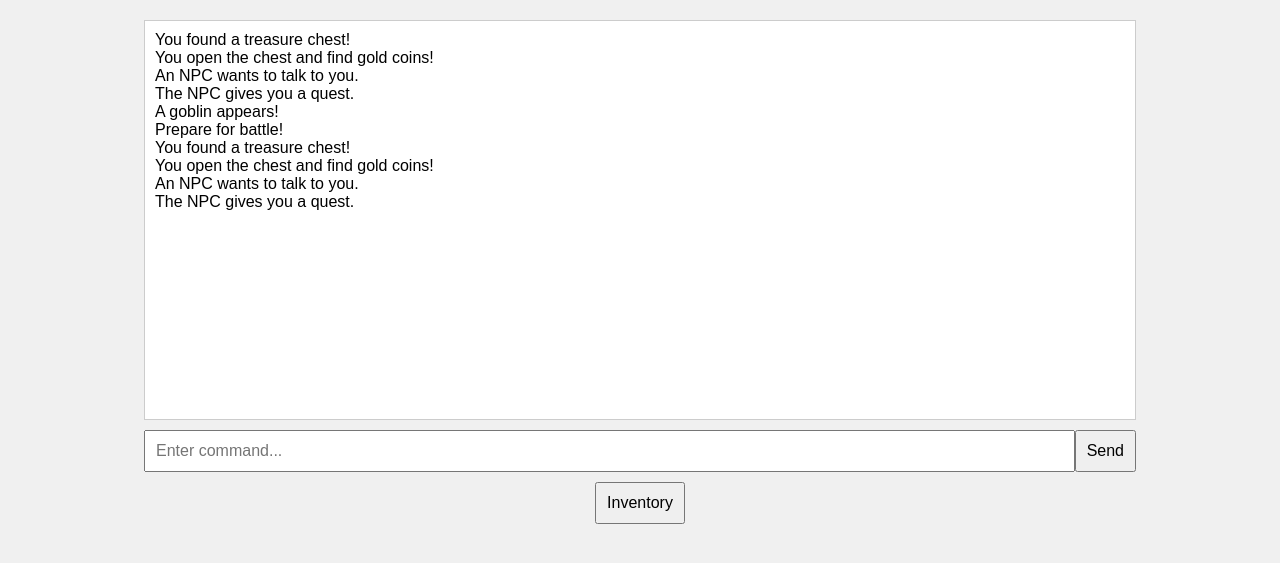
Repository: paragonmac/SUD
Page: index.html
These files come from the project's save history. The page is drawn as it stood at one moment and after a run of saves; the edit follows.
The browser window is 1280 px wide. The pictures show the whole page.

Above is the page before, as saved 2024-06-29 21:32:28.

### index.html
<!DOCTYPE html>
<html lang="en">
<head>
    <meta charset="UTF-8">
    <meta name="viewport" content="width=device-width, initial-scale=1.0">
    <title>Text-Based Fantasy Game</title>
    <link rel="stylesheet" href="style.css">
</head>
<body>
    <div id="game-container">
        <div id="world-window"></div>
        <div id="command-window">
            <input type="text" id="command-input" placeholder="Enter command...">
            <button id="send-command">Send</button>
        </div>
        <button id="inventory-button">Inventory</button>
    </div>
    <script src="script.js"></script>
</body>
</html>

### style.css
body {
    font-family: Arial, sans-serif;
    background-color: #f0f0f0;
    margin: 0;
    padding: 0;
}

#game-container {
    display: flex;
    flex-direction: column;
    align-items: center;
    padding: 20px;
}

#world-window {
    width: 80%;
    height: 400px;
    background-color: #fff;
    border: 1px solid #ccc;
    margin-bottom: 10px;
    overflow-y: auto;
    padding: 10px;
    box-sizing: border-box;
}

#command-window {
    display: flex;
    width: 80%;
    margin-bottom: 10px;
}

#command-input {
    flex: 1;
    padding: 10px;
    font-size: 16px;
}

#send-command {
    padding: 10px;
    font-size: 16px;
}

#inventory-button {
    padding: 10px;
    font-size: 16px;
}

### script.js
document.addEventListener('DOMContentLoaded', () => {
    const worldWindow = document.getElementById('world-window');
    const commandInput = document.getElementById('command-input');
    const sendCommandButton = document.getElementById('send-command');
    const inventoryButton = document.getElementById('inventory-button');

    // Define possible events

    const events = [
        { type: 'enemy', message: 'A goblin appears!', action: spawnEnemy },
        { type: 'treasure', message: 'You found a treasure chest!', action: findTreasure },
        { type: 'trap', message: 'A trap is triggered!', action: triggerTrap },
        { type: 'npc', message: 'An NPC wants to talk to you.', action: encounterNPC }
    ];

    function logToWorld(message) {
        const messageElement = document.createElement('div');
        messageElement.textContent = message;
        worldWindow.appendChild(messageElement);
        worldWindow.scrollTop = worldWindow.scrollHeight;  // Auto-scroll to bottom
    }

    function handleCommand(command) {
        logToWorld(`You entered: ${command}`);
        // Add game logic here
    }

    // Event actions
    function spawnEnemy() {
        logToWorld('Prepare for battle!');
    }

    function findTreasure() {
        logToWorld('You open the chest and find gold coins!');
    }

    function triggerTrap() {
        logToWorld('Ouch! You stepped on a trap and took damage.');
    }

    function encounterNPC() {
        logToWorld('The NPC gives you a quest.');
    }

    // Spawn event function
    function spawnEvent() {//
        const eventIndex = Math.floor(Math.random() * events.length);
        const event = events[eventIndex];
        logToWorld(event.message);
        event.action();
    }

    sendCommandButton.addEventListener('click', () => {
        const command = commandInput.value;
        commandInput.value = '';
        handleCommand(command);
    });

    commandInput.addEventListener('keypress', (e) => {
        if (e.key === 'Enter') {
            sendCommandButton.click();
        }
    });

    inventoryButton.addEventListener('click', () => {
        // Open inventory.html in a new window
        window.open('/components/inventory.html', 'Inventory', 'width=600,height=400');
    });

    // Game loop - 1 second tick
    setInterval(() => {
        spawnEvent();
    }, 1000);
});

After the next 4 saves:
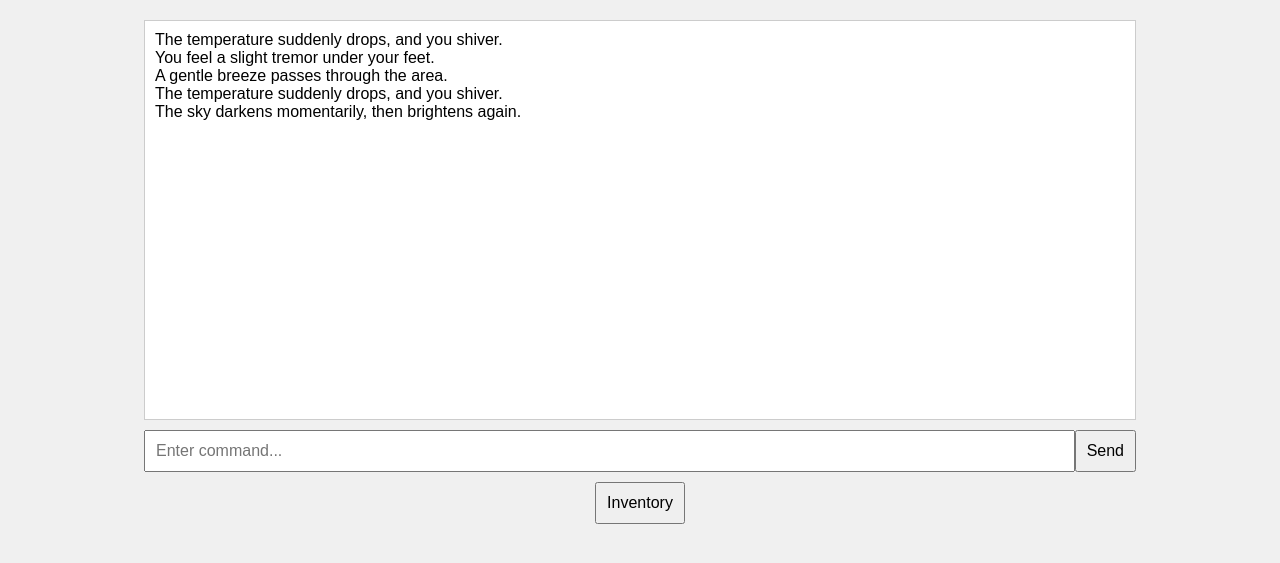
Console error: TypeError: event.action is not a function
The 4 saves are shown as one change because they came seconds apart.
The last was saved 77 s later.
--- a/script.js
+++ b/script.js
@@ -7,10 +7,16 @@
     // Define possible events
 
     const events = [
-        { type: 'enemy', message: 'A goblin appears!', action: spawnEnemy },
-        { type: 'treasure', message: 'You found a treasure chest!', action: findTreasure },
-        { type: 'trap', message: 'A trap is triggered!', action: triggerTrap },
-        { type: 'npc', message: 'An NPC wants to talk to you.', action: encounterNPC }
+        { message: 'A gentle breeze passes through the area.' },
+        { message: 'You hear distant, eerie sounds.' },
+        { message: 'A strange, unpleasant smell wafts through the air.' },
+        { message: 'The temperature suddenly drops, and you shiver.' },
+        { message: 'You notice movement in the shadows.' },
+        { message: 'A bird sings a melancholic tune nearby.' },
+        { message: 'Leaves rustle as a small animal scurries by.' },
+        { message: 'The sky darkens momentarily, then brightens again.' },
+        { message: 'A distant roar echoes through the landscape.' },
+        { message: 'You feel a slight tremor under your feet.' }
     ];
 
     function logToWorld(message) {

After the save that followed:
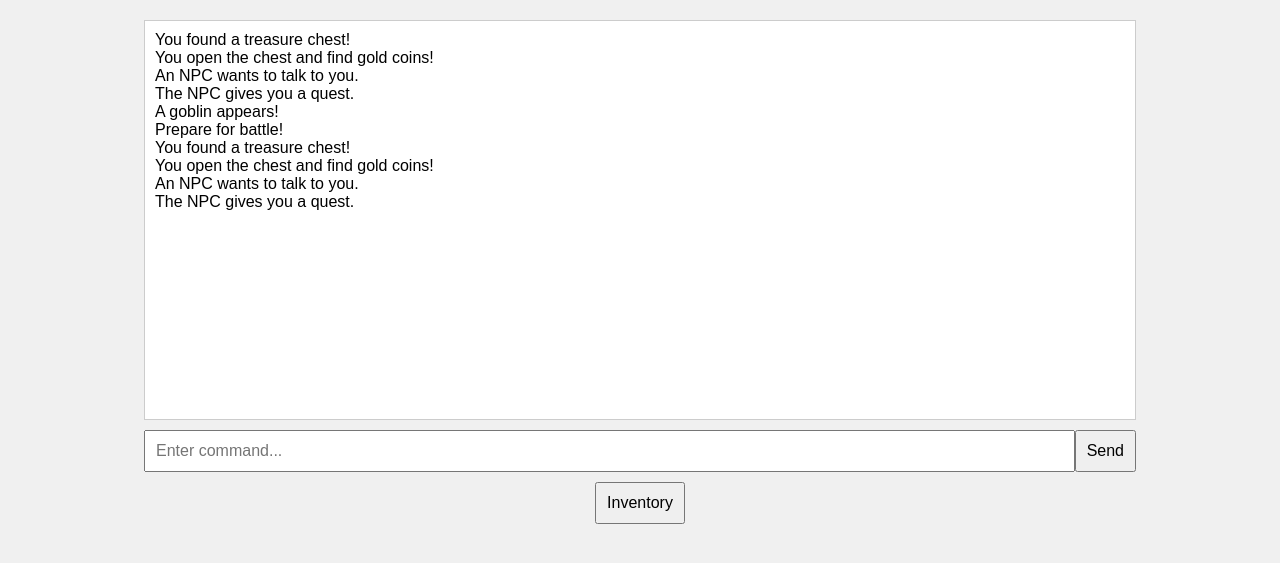
The error is gone.
Saved 9 s later.
--- a/script.js
+++ b/script.js
@@ -7,16 +7,10 @@
     // Define possible events
 
     const events = [
-        { message: 'A gentle breeze passes through the area.' },
-        { message: 'You hear distant, eerie sounds.' },
-        { message: 'A strange, unpleasant smell wafts through the air.' },
-        { message: 'The temperature suddenly drops, and you shiver.' },
-        { message: 'You notice movement in the shadows.' },
-        { message: 'A bird sings a melancholic tune nearby.' },
-        { message: 'Leaves rustle as a small animal scurries by.' },
-        { message: 'The sky darkens momentarily, then brightens again.' },
-        { message: 'A distant roar echoes through the landscape.' },
-        { message: 'You feel a slight tremor under your feet.' }
+        { type: 'enemy', message: 'A goblin appears!', action: spawnEnemy },
+        { type: 'treasure', message: 'You found a treasure chest!', action: findTreasure },
+        { type: 'trap', message: 'A trap is triggered!', action: triggerTrap },
+        { type: 'npc', message: 'An NPC wants to talk to you.', action: encounterNPC }
     ];
 
     function logToWorld(message) {
